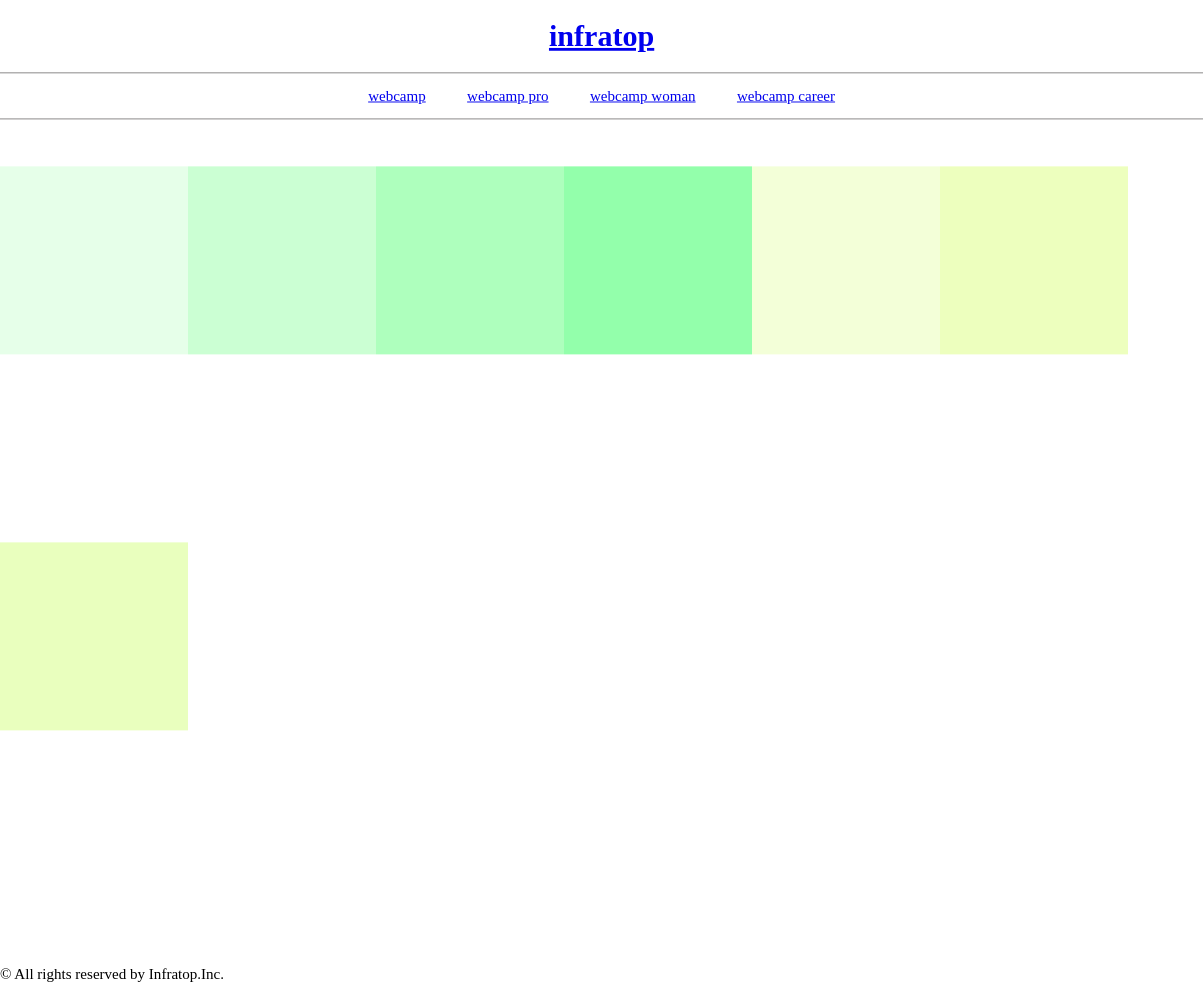
Repository: gukbvhrsui/r
Page: review2/review2.html
The author's editor kept a record of every edit. The page is drawn from the files as they stood at one moment, then again after the next edit.
The browser window is 1280 px wide. The pictures show the whole page, at 94% of full size.

Above is the page before.

### review2/review2.html
<!DOCTYPE html>
<html>
  <head>
  <meta charset="UTF-8">
  <title>演習１－５</title>
  <link rel="stylesheet" href="review2.css">
</head>
<body>
  <header>
    <h1>
      <a href="https://infratop.jp/">infratop</a>
    </h1>
  </header>
  <nav>
    <ul class="nav-list">
      <li class="nav-list-item">
       <a href="https://web-camp.io/">webcamp</a>
      </li>
      <li class="nav-list-item">
        <a href="https://web-camp.io/commit/">webcamp pro</a>
      </li>
      <li class="nav-list-item">
        <a href="https://web-camp.io/">webcamp woman</a>
      </li>
      <li class="nav-list-item">
        <a href="https://web-camp.io/">webcamp career</a>
      </li>
    </ul>
  </nav>
  <main>
    <box class="box1"></box>
    <box class="box2"></box>
    <box class="box3"></box>
    <box class="box4"></box>
    <box class="box5"></box>
    <box class="box6"></box>
    <box class="box7"></box>
    <box class="box8"></box>
    <box class="box9"></box>
    <box class="box10"></box>
    <box class="box11"></box>
    <box class="box12"></box>
  </main>
  <footer>
    <p>© All rights reserved by Infratop.Inc.</p>
  </footer>
</body>
</html>

### review2/review2.css
* {
  margin: 0;
  padding: 0;
  box-sizing: border-box;
}

header {
  width: 100%;
  padding: 20px 0;
  display: flex;
  justify-content: center;
}

.nav-list {
  text-align: center;
  margin: 0 auto;
  padding: 15px 0;
  border-top: 1px solid #848282;
  border-bottom: 1px solid #848282;
}

.nav-list-item {
  list-style: none;
  display: inline-block;
  margin: 0 20px;
}

main {
  margin: 50px auto;
  height: 800px;
  display: flex;
  flex-wrap: wrap;
}

.box1 {
  width: 200px;
  height: 200px;
  background-color: #e6ffe9;
}

.box2 {
  width: 200px;
  height: 200px;
  background-color: #cbffd3;
}

.box3 {
  width: 200px;
  height: 200px;
  background-color: #aeffbd;
}

.box4 {
  width: 200px;
  height: 200px;
  background-color: #93ffab;
}

.box5 {
  width: 200px;
  height: 200px;
  background-color: #f3ffd8;
}

.box6 {
  width: 200px;
  height: 200px;
  background-color: #edffbe;
}

.box7 {
  width: 200px;
  height: 200px;
  background-color: #e9ffbe;
}

.box8 {
  width: 200px;
  height: 200px;
  background-color: #;
}

.box9 {
  width: 200px;
  height: 200px;
  background-color: ;
}

.box10 {
  width: 200px;
  height: 200px;
  background-color: ;
}

.box11 {
  width: 200px;
  height: 200px;
  background-color: ;
}

.box12 {
  width: 200px;
  height: 200px;
  background-color: ;
}

After the next edit:
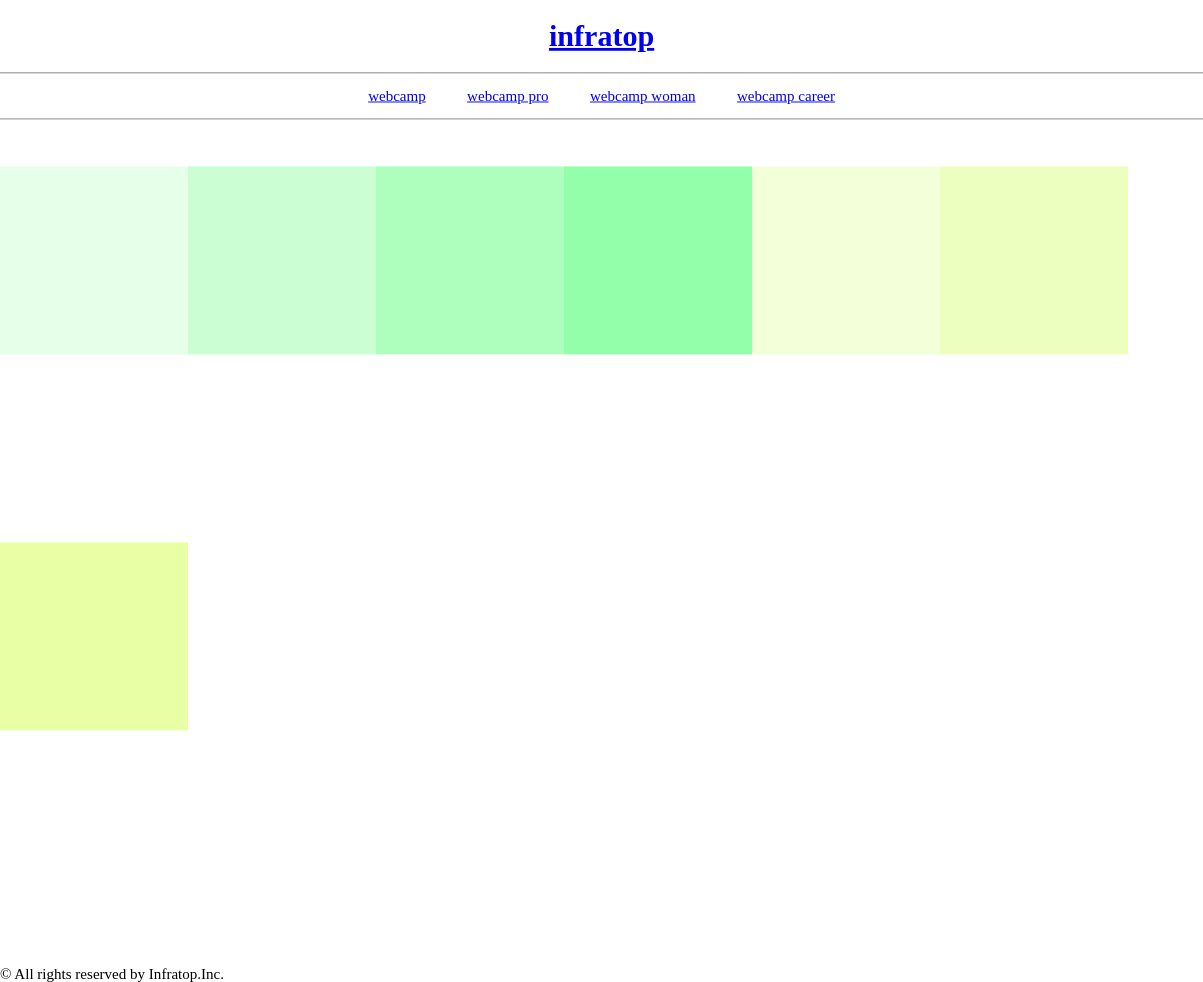
The edit:
--- a/review2/review2.css
+++ b/review2/review2.css
@@ -71,7 +71,7 @@
 .box7 {
   width: 200px;
   height: 200px;
-  background-color: #e9ffbe;
+  background-color: #e9ffa5;
 }
 
 .box8 {
